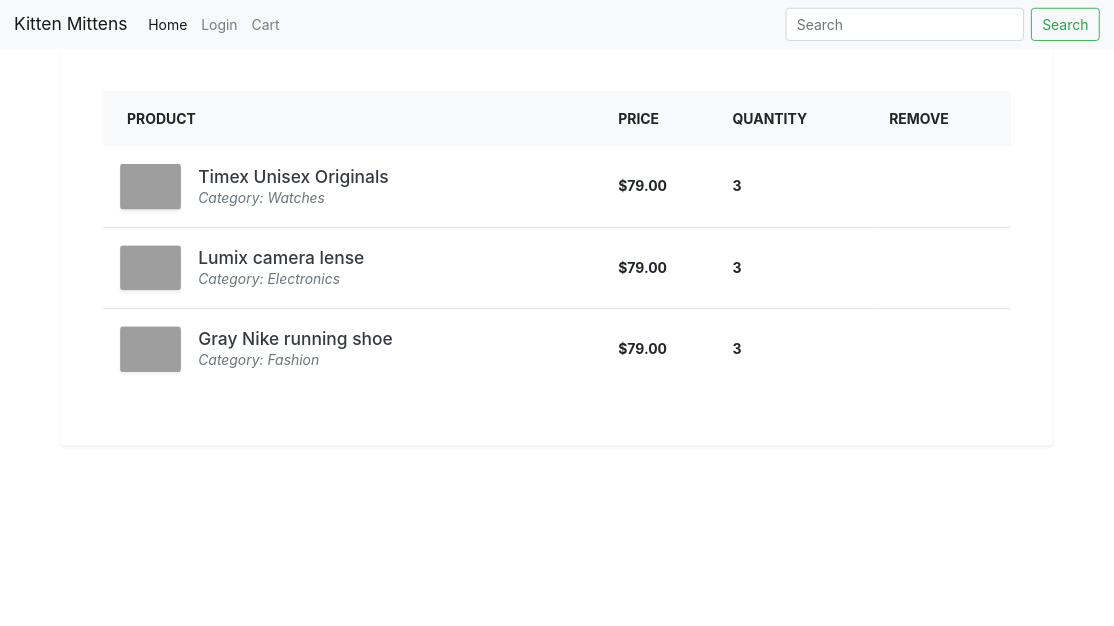
Repository: Janellle/KittenMittens
Page: http://localhost/cart
The author's editor kept a record of every edit. The page is drawn from the files as they stood at one moment, then again after the next edit.
The browser window is 1280 px wide. The pictures show the whole page, at 87% of full size.
Pictures or frames that could not be fetched are drawn as grey boxes. The page is served by the project's Node server (app.js).

Above is the page before.
Not found: rps.js

### views/cart.ejs
<!DOCTYPE html>
<html>
    <head>
        <title> Kitten Mittens: Cart</title>
        <script language="javascript" type="text/javascript" src="rps.js"></script>
        <link rel="stylesheet" href="https://stackpath.bootstrapcdn.com/bootstrap/4.4.1/css/bootstrap.min.css" integrity="sha384-Vkoo8x4CGsO3+Hhxv8T/Q5PaXtkKtu6ug5TOeNV6gBiFeWPGFN9MuhOf23Q9Ifjh" crossorigin="anonymous">
    </head>

    <body>
        <nav class="navbar navbar-expand-lg navbar-light bg-light">
              <a class="navbar-brand" href="#">Kitten Mittens</a>
              <button class="navbar-toggler" type="button" data-toggle="collapse" data-target="#navbarTogglerDemo02" aria-controls="navbarTogglerDemo02" aria-expanded="false" aria-label="Toggle navigation">
                <span class="navbar-toggler-icon"></span>
              </button>

              <div class="collapse navbar-collapse" id="navbarTogglerDemo02">
                <ul class="navbar-nav mr-auto mt-2 mt-lg-0">
                  <li class="nav-item active">
                    <a class="nav-link" href="/">Home</a>
                  </li>
                  <li class="nav-item">
                    <a class="nav-link" href="/login">Login</a>
                  </li>
                  <li class="nav-item">
                    <a class="nav-link" href="/cart">Cart</a>
                  </li>
                </ul>
            <form class="form-inline my-2 my-lg-0">
              <input class="form-control mr-sm-2" type="search" placeholder="Search">
                <button class="btn btn-outline-success my-2 my-sm-0" type="submit">Search</button>
            </form>
              </div>
        </nav>
      <div class="px-4 px-lg-0">
  <div class="pb-5">
    <div class="container">
      <div class="row">
        <div class="col-lg-12 p-5 bg-white rounded shadow-sm mb-5">

          <!-- Shopping cart table -->
          <div class="table-responsive">
            <table class="table">
              <thead>
                <tr>
                  <th scope="col" class="border-0 bg-light">
                    <div class="p-2 px-3 text-uppercase">Product</div>
                  </th>
                  <th scope="col" class="border-0 bg-light">
                    <div class="py-2 text-uppercase">Price</div>
                  </th>
                  <th scope="col" class="border-0 bg-light">
                    <div class="py-2 text-uppercase">Quantity</div>
                  </th>
                  <th scope="col" class="border-0 bg-light">
                    <div class="py-2 text-uppercase">Remove</div>
                  </th>
                </tr>
              </thead>
              <tbody>
                <tr>
                  <th scope="row" class="border-0">
                    <div class="p-2">
                      <img src="https://res.cloudinary.com/mhmd/image/upload/v1556670479/product-1_zrifhn.jpg" alt="" width="70" class="img-fluid rounded shadow-sm">
                      <div class="ml-3 d-inline-block align-middle">
                        <h5 class="mb-0"> <a href="#" class="text-dark d-inline-block align-middle">Timex Unisex Originals</a></h5><span class="text-muted font-weight-normal font-italic d-block">Category: Watches</span>
                      </div>
                    </div>
                  </th>
                  <td class="border-0 align-middle"><strong>$79.00</strong></td>
                  <td class="border-0 align-middle"><strong>3</strong></td>
                  <td class="border-0 align-middle"><a href="#" class="text-dark"><i class="fa fa-trash"></i></a></td>
                </tr>
                <tr>
                  <th scope="row">
                    <div class="p-2">
                      <img src="https://res.cloudinary.com/mhmd/image/upload/v1556670479/product-3_cexmhn.jpg" alt="" width="70" class="img-fluid rounded shadow-sm">
                      <div class="ml-3 d-inline-block align-middle">
                        <h5 class="mb-0"><a href="#" class="text-dark d-inline-block">Lumix camera lense</a></h5><span class="text-muted font-weight-normal font-italic">Category: Electronics</span>
                      </div>
                    </div>
                  </th>
                  <td class="align-middle"><strong>$79.00</strong></td>
                  <td class="align-middle"><strong>3</strong></td>
                  <td class="align-middle"><a href="#" class="text-dark"><i class="fa fa-trash"></i></a>
                  </td>
                </tr>
                <tr>
                  <th scope="row">
                    <div class="p-2">
                      <img src="https://res.cloudinary.com/mhmd/image/upload/v1556670479/product-2_qxjis2.jpg" alt="" width="70" class="img-fluid rounded shadow-sm">
                      <div class="ml-3 d-inline-block align-middle">
                        <h5 class="mb-0"> <a href="#" class="text-dark d-inline-block">Gray Nike running shoe</a></h5><span class="text-muted font-weight-normal font-italic">Category: Fashion</span>
                      </div>
                    </div>
                    <td class="align-middle"><strong>$79.00</strong></td>
                    <td class="align-middle"><strong>3</strong></td>
                    <td class="align-middle"><a href="#" class="text-dark"><i class="fa fa-trash"></i></a>
                    </td>
                </tr>

              </tbody>
            </table>
          </div>
          <!-- End -->
        </div>
      </div>
    </body>
</html>

### app.js
const express = require("express");
const mysql   = require("mysql");
const app = express();
const {Client} = require('pg');
//const session = require('express-session');

app.set("view engine", "ejs");
app.use(express.static("public")); //folder for images, css, js
app.use(express.urlencoded()); //use to parse data sent using the POST method

app.get("/", async function(req, res){
    res.render("index");
}); //root

app.get("/login", async function(req, res){
    res.render("login");

}); // login

app.get("/search", async function(req, res){
    res.render("search");
}); // search

app.get("/cart", function(req,res){
    res.render("cart");
});

/*
app.get("/cart", async function(req, res){
    let rows = await getCartShoes();
    //let rowsSecond = await getCartNonPlanets();
    //res.render("cart", {"cartPlanets":rows, "cartNonPlanets":rowsSecond});
    res.render("cart", {"cartShoes":rows})
});

app.get("/clearCart", async function(req, res){
    clearCart();
    let rows = await getCartShoes();
    res.render("cart", {"cartShoes":rows});
});
*/

//values in red must be updated
function dbConnection(){

   let conn = mysql.createConnection({
                 host: "ec2-18-213-176-229.compute-1.amazonaws.com",
                 user: "hptikosghjykbf",
             password: "78470a52c982fe07849cb7585b2aa82144e535734f330c003241e864cc9995e1",
             database: "ddgvmc8jol14f9"
       }); //createConnection

return conn;

}

//starting server
app.listen(process.env.PORT, process.env.IP, function(){
console.log("Express server is running...");
});

After the next edit:
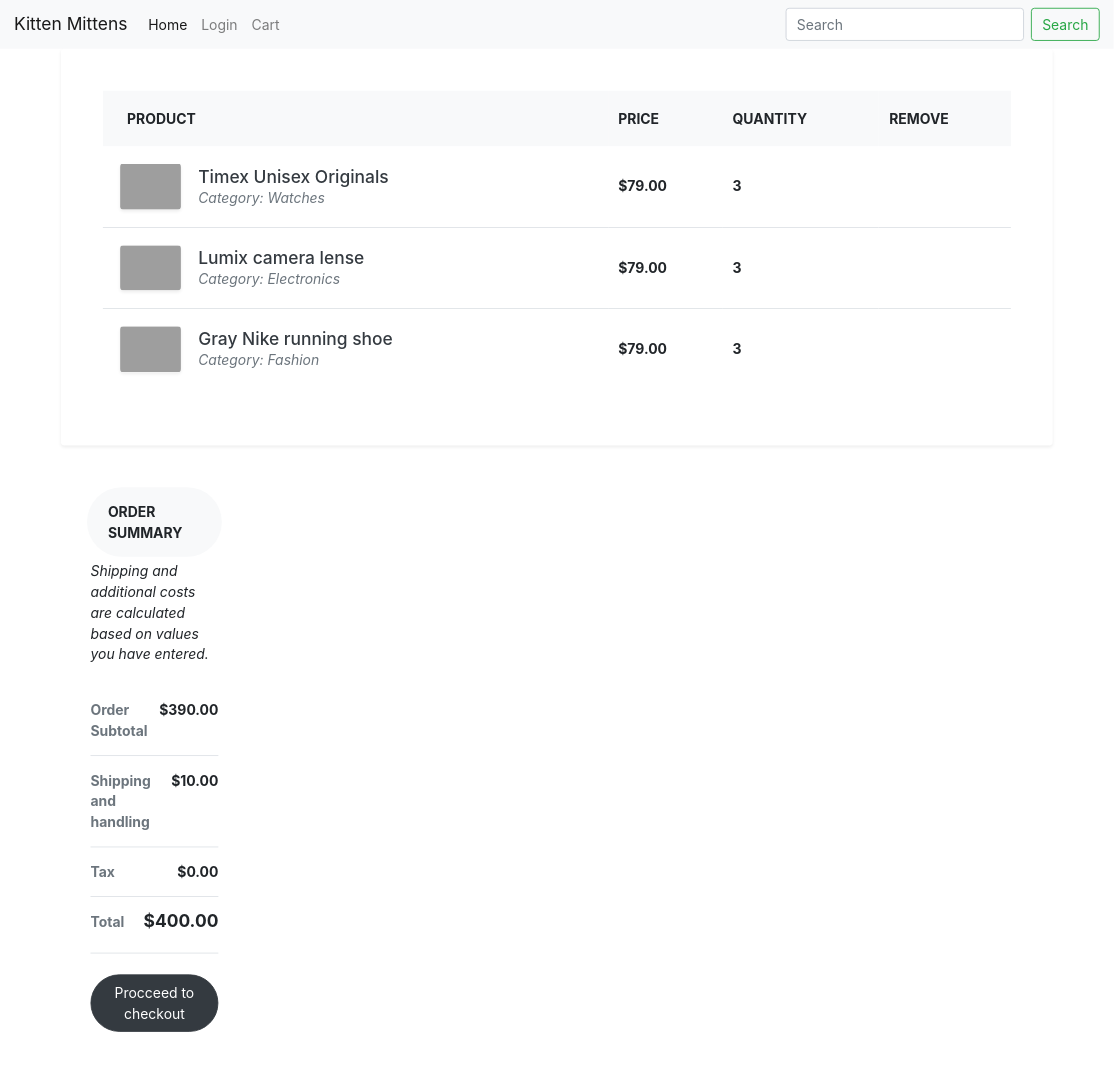
The edit:
--- a/views/cart.ejs
+++ b/views/cart.ejs
@@ -104,5 +104,25 @@
           <!-- End -->
         </div>
       </div>
+      <div class="col-lg-4">
+        </div>
+        <div class="col-lg-2">
+          <div class="bg-light rounded-pill px-4 py-3 text-uppercase font-weight-bold">Order summary </div>
+          <div class="p-1">
+            <p class="font-italic mb-4">Shipping and additional costs are calculated based on values you have entered.</p>
+            <ul class="list-unstyled mb-4">
+              <li class="d-flex justify-content-between py-3 border-bottom"><strong class="text-muted">Order Subtotal </strong><strong>$390.00</strong></li>
+              <li class="d-flex justify-content-between py-3 border-bottom"><strong class="text-muted">Shipping and handling</strong><strong>$10.00</strong></li>
+              <li class="d-flex justify-content-between py-3 border-bottom"><strong class="text-muted">Tax</strong><strong>$0.00</strong></li>
+              <li class="d-flex justify-content-between py-3 border-bottom"><strong class="text-muted">Total</strong>
+                <h5 class="font-weight-bold">$400.00</h5>
+              </li>
+            </ul><a href="#" class="btn btn-dark rounded-pill py-2 btn-block">Procceed to checkout</a>
+          </div>
+        </div>
+      </div>
+
+    </div>
+  </div>
     </body>
 </html>
